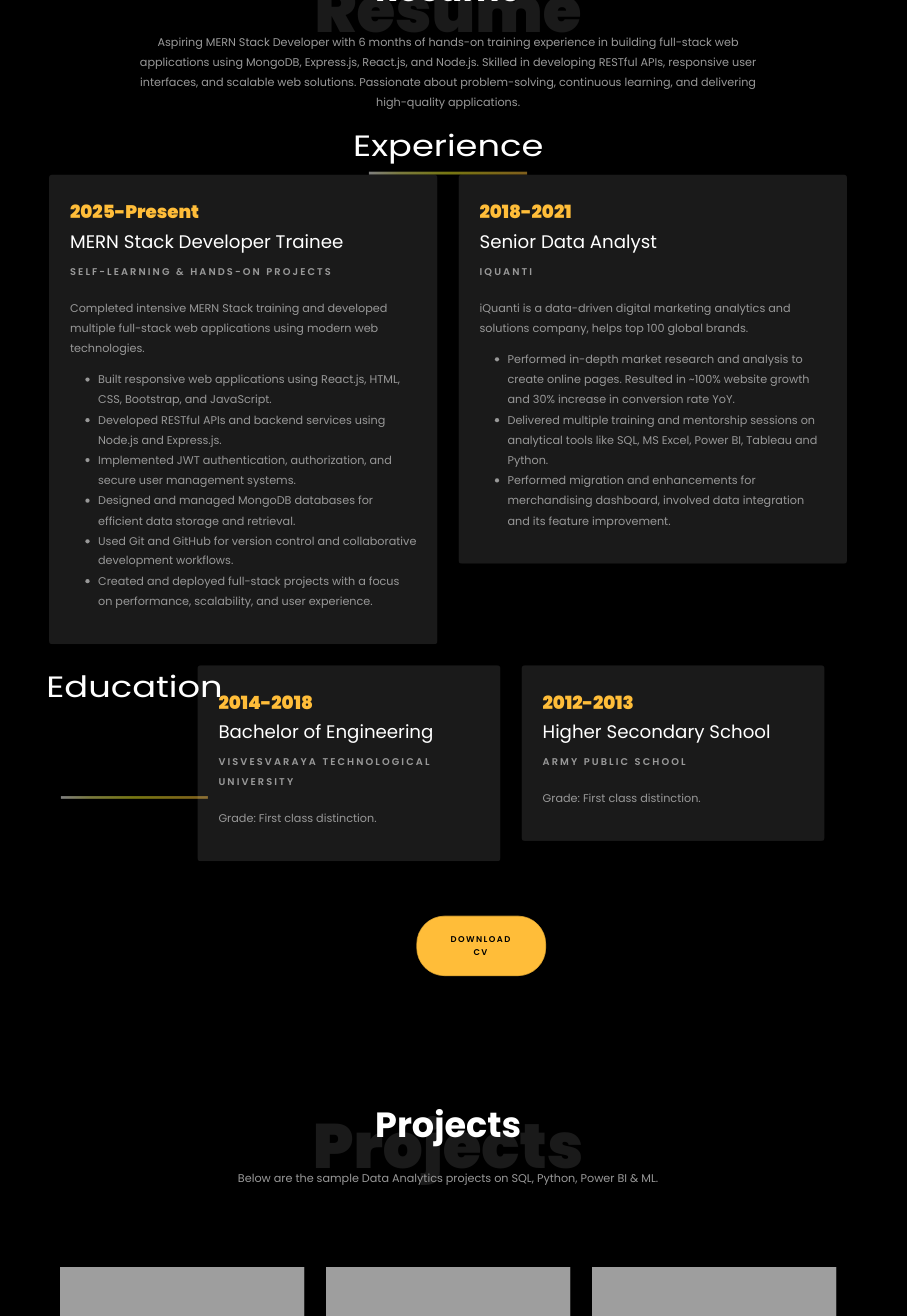
Repository: Rahul70079/Rahul-Kumar-Portfolio
Page: Portfolio/index.html
These files come from the project's save history. The page is drawn as it stood at one moment and after a run of saves; the edit follows.
The browser window is 1280 px wide. The page is 1295 px wide, so the pictures cover 1295 px, including what lies to the right of the window. The pictures show the part of the page from y = 1885 to 3765 px (the page is 6371 px tall before and 6512 px after), at 70% of full size.
Pictures or frames that could not be fetched are drawn as grey boxes.

Above is the page before, as saved 2026-06-12 12:52:18.
Console error (its wording comes from the project's code and is left out).

After the next 2 saves:
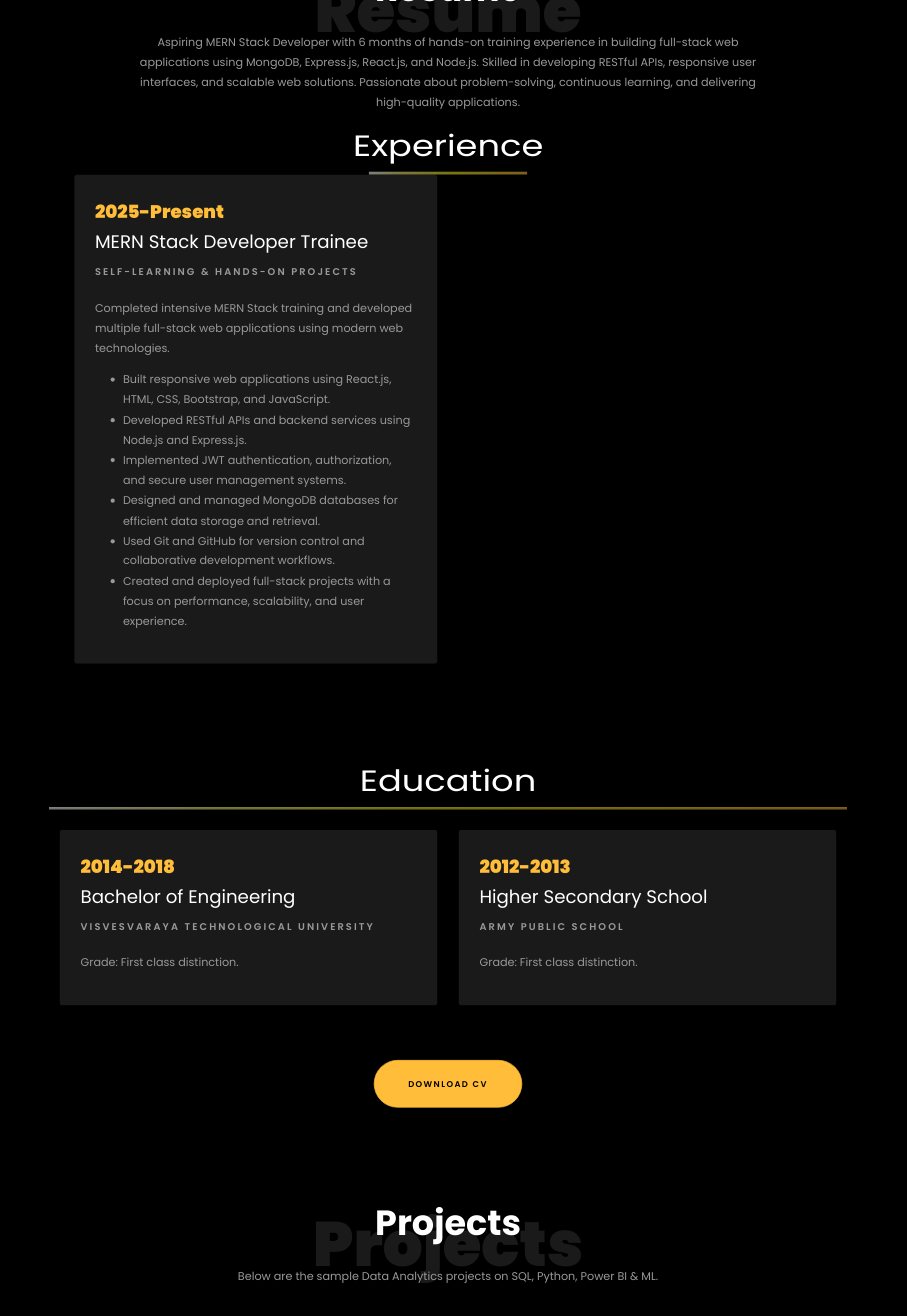
The 2 saves are shown as one change because they came seconds apart.
The last was saved 48 s later.
--- a/Portfolio/index.html
+++ b/Portfolio/index.html
@@ -340,19 +340,6 @@
 
 				</div>
 
-				<div class="col-md-6">
-					<div class="resume-wrap ftco-animate">
-						<span class="date">2018-2021</span>
-						<h2>Senior Data Analyst</h2>
-						<span class="position">iQuanti</span>
-						<p class="mt-4">iQuanti is a data-driven digital marketing analytics and solutions company, helps top 100 global brands.
-							<ul>
-								<li>Performed in-depth market research and analysis to create online pages. Resulted in ~100% website growth and 30% increase in conversion rate YoY.</li>
-								<li>Delivered multiple training and mentorship sessions on analytical tools like SQL, MS Excel, Power BI, Tableau and Python.</li>
-								<li>Performed migration and enhancements for merchandising dashboard, involved data integration and its feature improvement.</li>
-							</ul>
-						</p>
-					</div>
 
 				</div>
 			</div>
